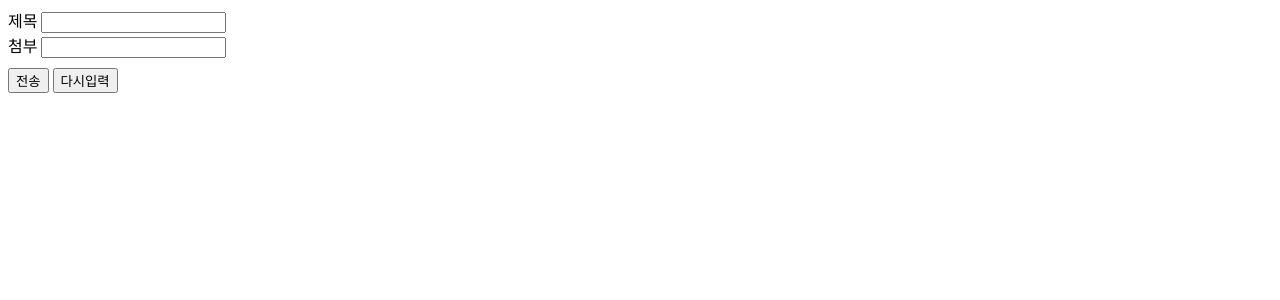
Repository: ted4010/jspstudy
Page: 001_servlet/src/main/webapp/pkg06_upload/NewFile.html
These files come from the project's save history. The page is drawn as it stood at one moment and after the next save; the edit follows.
The browser window is 1280 px wide. The pictures show the whole page.

Above is the page before, as saved 2024-02-28 06:48:26.

After the next save:
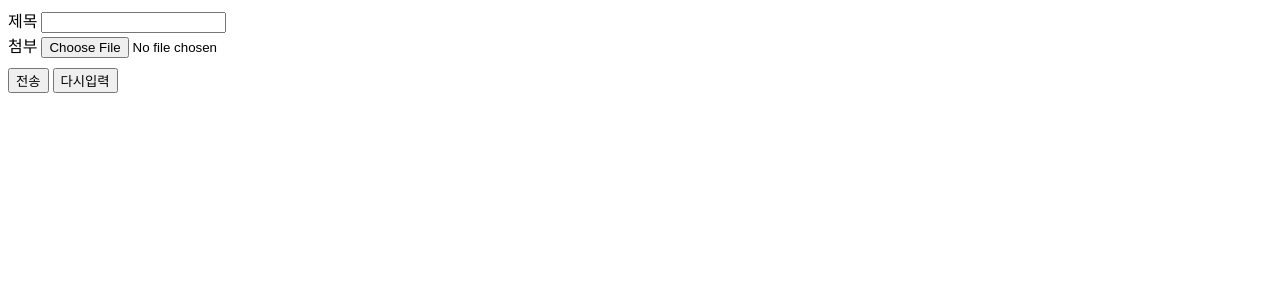
Saved 28 s later.
--- a/001_servlet/src/main/webapp/pkg06_upload/NewFile.html
+++ b/001_servlet/src/main/webapp/pkg06_upload/NewFile.html
@@ -22,7 +22,7 @@
     </div>
      <div class="inp-wrap">
       <label for="attach-file">첨부</label>
-      <input type="text" name="attach-file" id="attach-file">
+      <input type="file" name="attach-file" id="attach-file">
     </div>
     <div class="btn-wrap">
       <button type="submit">전송</button>
